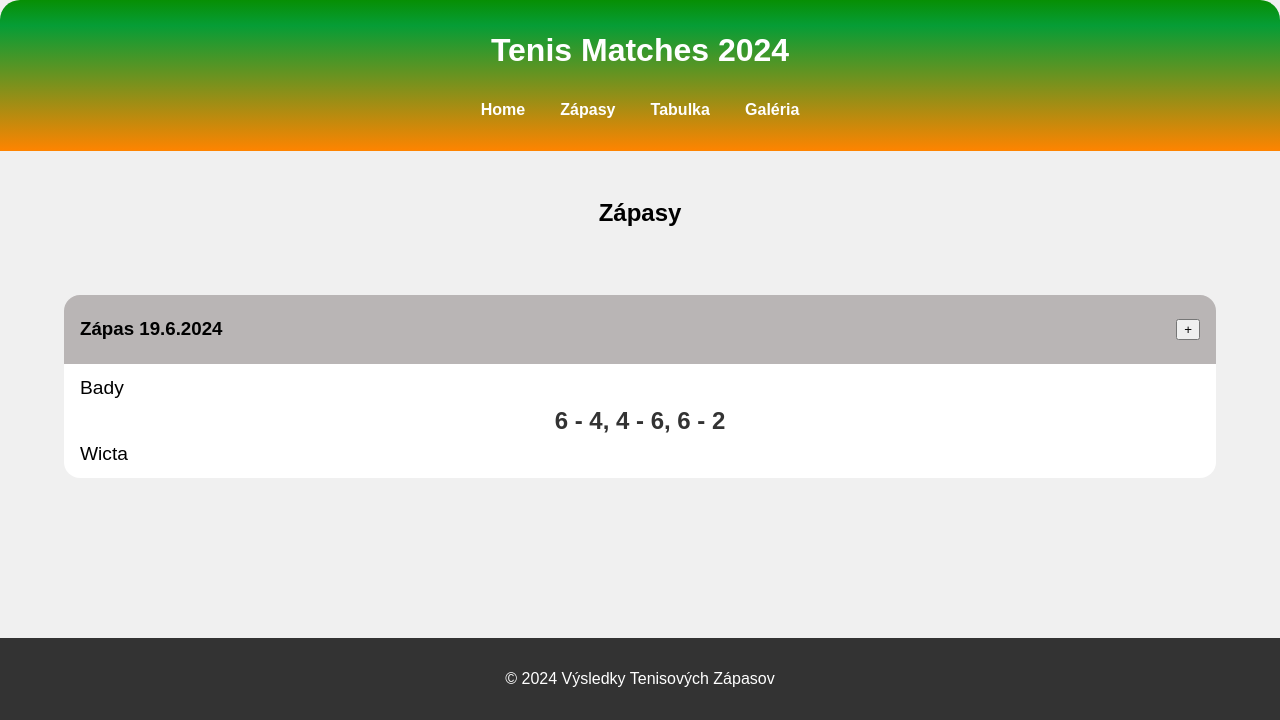
Repository: Badynko/tenis
Page: matches.html
The author's editor kept a copy of each file at every save. The page is drawn from the files as they stood at one save, then again after the next save.
The browser window is 1280 px wide. The pictures show the whole page.
The pointer rests on the first visible `.accordion-header`.

Above is the page before, as saved 2024-07-23 17:41:49.

### matches.html
<!DOCTYPE html>
<html lang="sk">
  <head>
    <meta charset="UTF-8" />
    <meta name="viewport" content="width=device-width, initial-scale=1.0" />
    <title>Tenis Matches 2024</title>
    <link rel="stylesheet" href="css/style.css" />
  </head>
  <body>
    <header>
      <h1>Tenis Matches 2024</h1>
      <nav>
        <ul class="menu">
          <li><a href="index.html">Home</a></li>
          <li><a href="matches.html">Zápasy</a></li>
          <li><a href="table.html">Tabulka</a></li>
          <li><a href="gallery.html">Galéria</a></li>
        </ul>
      </nav>
    </header>
    <main>
      <section id="zapasy">
        <h2>Zápasy</h2>

        <div class="accordion-container">
          <div class="accordion">
            <div class="accordion-header">
              <h3>Zápas 19.6.2024</h3>
              <button>+</button>
            </div>
            <div class="accordion-body">
              <div class="player">Bady</div>
              <div class="score">6 - 4, 4 - 6, 6 - 2</div>
              <div class="player">Wicta</div>
            </div>
          </div>
        </div>

        <!--<button class="match">
          Zápas 7
          <p>19.6.2024</p>
        </button>
        <div class="accordion, hidden">
          <div class="player">Bady</div>
          <div class="score">6 - 4, 4 - 6, 6 - 2</div>
          <div class="player">Wicta</div>
        </div>

        <button class="match">
          Zápas 6
          <p>16.6.2024</p>
        </button>
        <div class="accordion, hidden">
          <div class="player">Bady</div>
          <div class="score">6 - 3, 7 - 5</div>
          <div class="player">Wicta</div>
        </div>

        <button class="match">
          Zápas 5
          <p>13.6.2024</p>
        </button>
        <div class="accordion, hidden">
          <div class="player">Bady</div>
          <div class="score">6 - 3, 7 - 5</div>
          <div class="player">Wicta</div>
        </div>-->
      </section>
    </main>
    <footer>
      <p>&copy; 2024 Výsledky Tenisových Zápasov</p>
    </footer>
    <script src="js/script-matches.js"></script>
  </body>
</html>

### css/style.css
body {
  font-family: Arial, sans-serif;
  margin: 0;
  padding: 0;
  background-color: #f0f0f0;
}

header {
  background-color: #12684e;
  color: #fff;
  text-align: center;
  padding: 1rem 0;
  border-radius: 20px 20px 0 0;
  background: rgb(7, 143, 4);
  background: linear-gradient(
    180deg,
    rgba(7, 143, 4, 1) 0%,
    rgba(6, 157, 54, 1) 17%,
    rgba(255, 132, 0, 1) 100%
  );
  font-family: Century Gothic, CenturyGothic, AppleGothic, sans-serif;
}

h1 {
  margin: 0;
  margin-top: 1rem;
}

nav {
  margin: 2rem 0;
  margin-bottom: 0;
}

.menu {
  list-style-type: none;
  padding: 0;
  display: flex;
  justify-content: center;
}

.menu li {
  margin: 0 1rem;
}

.menu a {
  color: #fff;
  text-decoration: none;
  padding: 0.5rem 0.1rem;
  border-radius: 5px;
  transition: background-color 0.3s;
  font-weight: bold;
}

.menu a:hover {
  background-color: #575757;
}

main {
  padding: 1rem;
  text-align: center;
}

section {
  margin: 2rem 0;
}

.match {
  background-color: #fff;
  padding: 1rem;
  border-radius: 5px;
  box-shadow: 0 0 10px rgba(0, 0, 0, 0.1);
  display: flex;
  justify-content: space-between;
  align-items: center;
  flex-wrap: wrap;
}

.player {
  font-size: 1.2rem;
  flex: 1 1 100%;
  text-align: center;
  margin: 0.5rem 0;
}

.score {
  font-size: 1.5rem;
  flex: 1 1 100%;
  text-align: center;
  font-weight: bold;
  color: #333;
  margin: 0.5rem 0;
}

footer {
  background-color: #333;
  color: #fff;
  text-align: center;
  padding: 1rem 0;
  position: fixed;
  left: 0;
  bottom: 0;
  width: 100%;
}

@media (min-width: 600px) {
  .match {
    flex-wrap: nowrap;
  }

  .player,
  .score {
    flex: 1;
    text-align: left;
  }

  .score {
    text-align: center;
  }
}

/* HOME SLIDER */
.slider {
  margin-top: 3rem;
  width: 100%;
  padding-bottom: 50%;
}
.slider img {
  width: 100%;
}
.wrapper {
  width: 100%;
  margin: 0;
}
@media only screen and (min-width: 1024px) {
  .wrapper {
    width: 1024px;
    margin: auto;
  }
}

/* Accordion Styles */

.accordion-container {
  padding: 3rem;
}

.accordion-header,
.accordion-body {
  padding: 0.3rem 1rem;
}

.accordion-header {
  display: flex;
  justify-content: space-between;
  align-items: center;
  background-color: #b9b5b5;
  border-radius: 1rem 1rem 0 0;
}

.accordion-body {
  background-color: #fff;
  border-radius: 0 0 1rem 1rem;
}

Loaded but not shown: js/script-matches.js (common file)

After the next save:
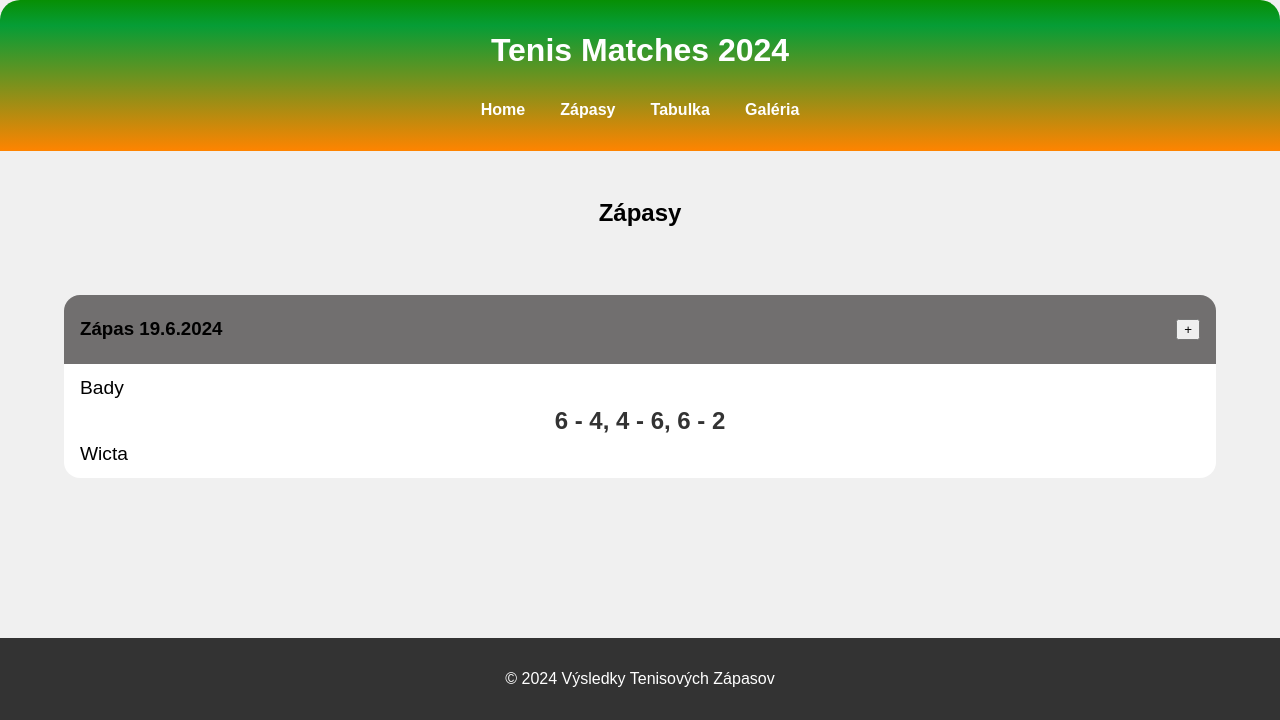
Saved 53 s later.
--- a/css/style.css
+++ b/css/style.css
@@ -157,6 +157,10 @@ footer {
   border-radius: 1rem 1rem 0 0;
 }
 
+.accordion-header:hover {
+  background-color: #716f6f;
+}
+
 .accordion-body {
   background-color: #fff;
   border-radius: 0 0 1rem 1rem;
